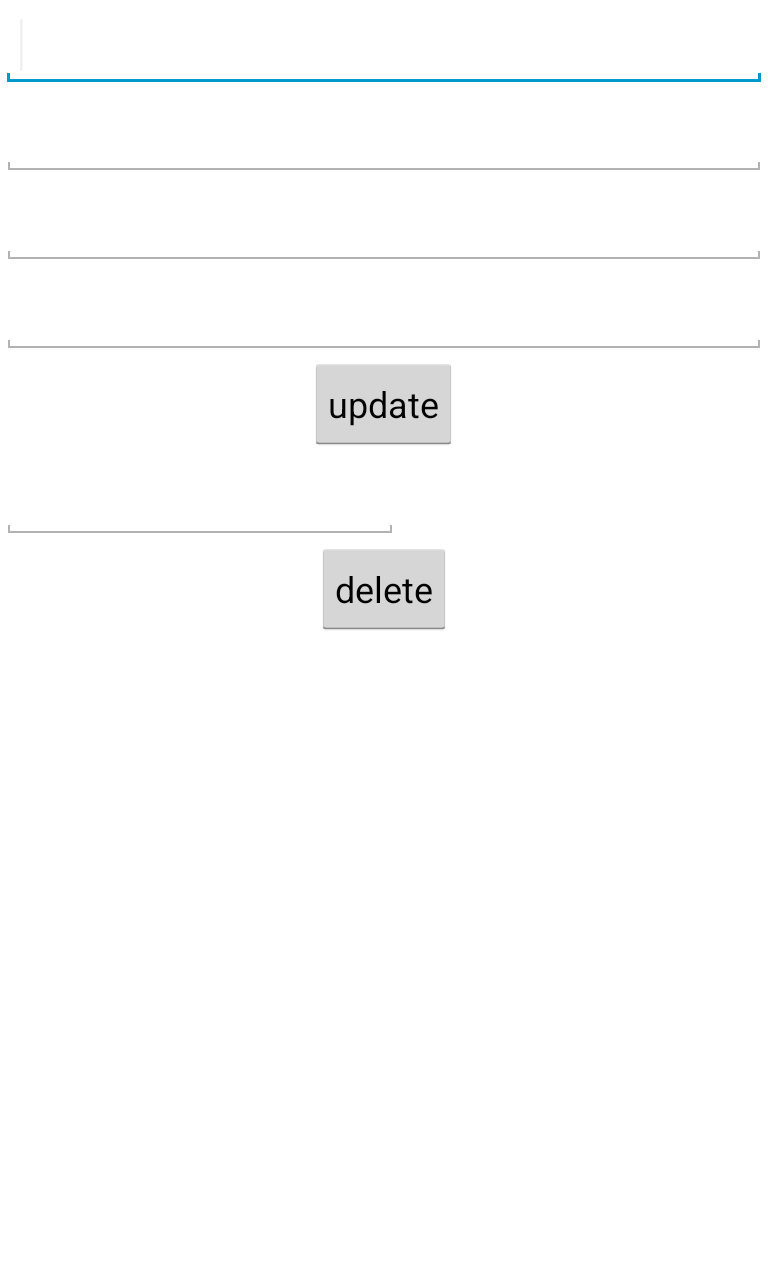
Repository: droidexample/some-practises-sample-example
Layout: VollayWebServiceDemo/res/layout/activity_update.xml
An editor plug-in stored every save of this project. The layout is shown before and after the next save, followed by the edit.
It is drawn on a 768 x 1280 px phone screen (xhdpi) without system bars, with theme AppTheme; the app's code is not run.

Above is the layout before, as saved 2015-06-20 23:14:14.

After the next save:
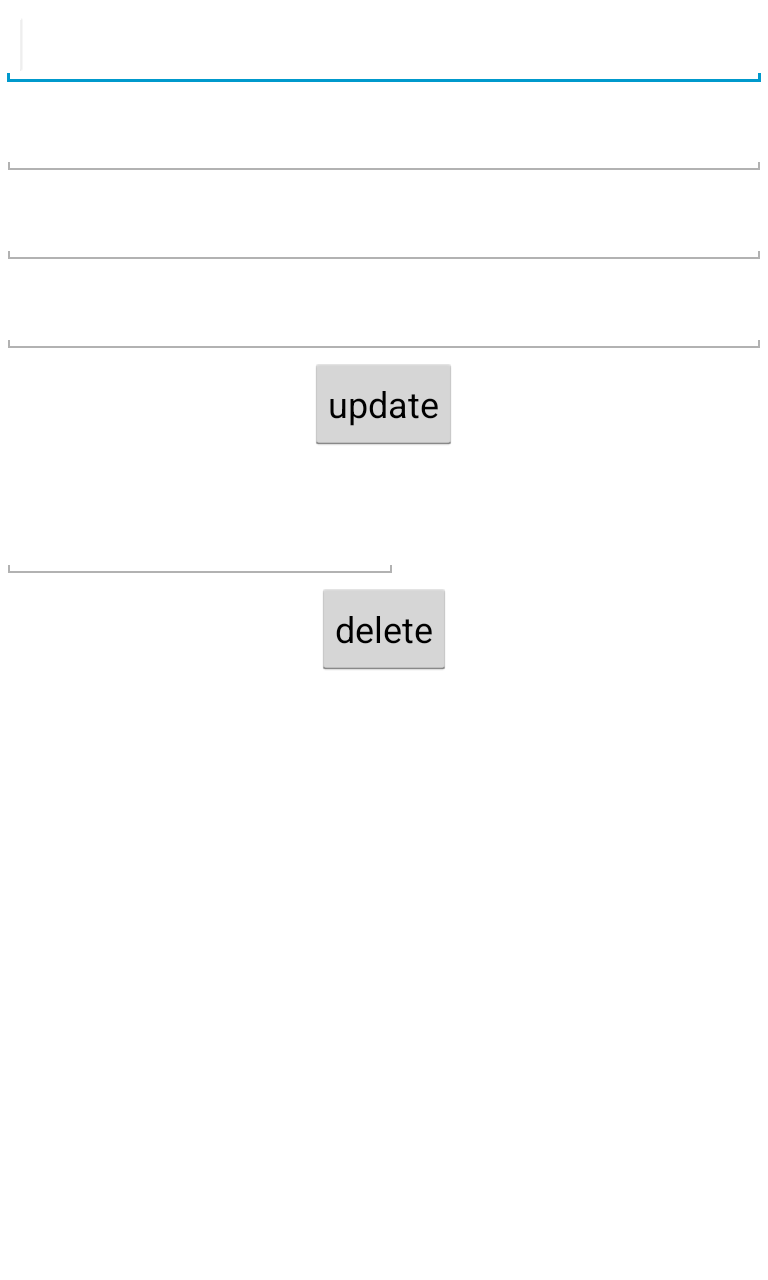
Saved 17 s later.
--- a/VollayWebServiceDemo/res/layout/activity_update.xml
+++ b/VollayWebServiceDemo/res/layout/activity_update.xml
@@ -57,6 +57,7 @@
         android:layout_width="200dp"
         android:layout_height="wrap_content"
         android:ems="10"
+        android:layout_marginTop="20dp"
         android:inputType="textPersonName"
         android:padding="10dp" />
 
